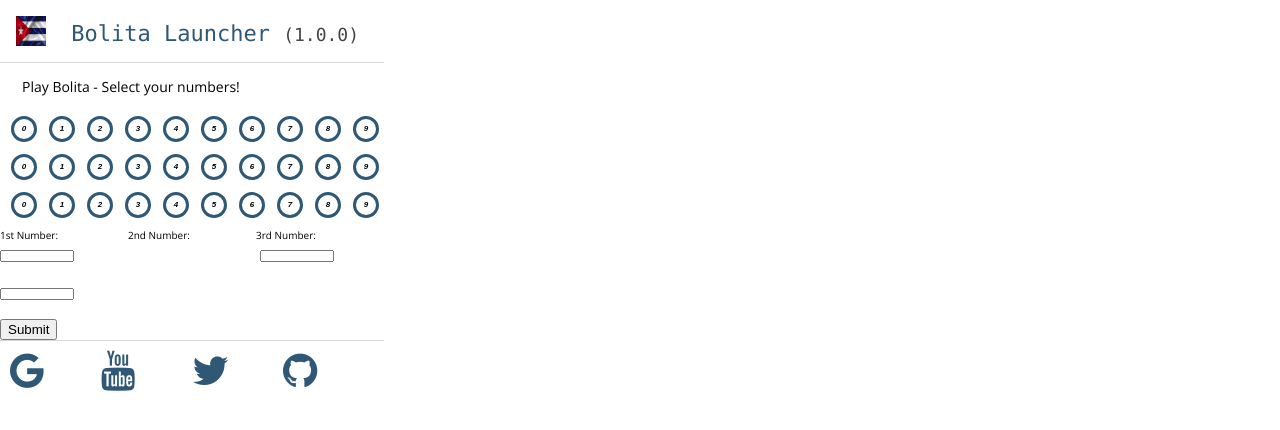
Repository: markymark617/BolitaChromeExtension
Page: popup.html
The author's editor kept a copy of each file at every save. The page is drawn from the files as they stood at one save, then again after the next save.
The browser window is 1280 px wide. The pictures show the whole page.

Above is the page before, as saved 2020-09-06 14:34:36.

### popup.html
<!DOCTYPE html>
<html lang="en">
<head>
    <meta charset="UTF-8">
    <meta name="viewport" content="width=device-width, initial-scale=1.0">
    <meta http-equiv="X-UA-Compatible" content="ie=chrome">
    <title>Bolita Launcher</title>
    <link rel="stylesheet" href="https://fonts.googleapis.com/css?family=Open+Sans" type="text/css">
    <link rel="stylesheet" href="popup.css">
    <link href="https://maxcdn.bootstrapcdn.com/font-awesome/4.7.0/css/font-awesome.min.css" rel="stylesheet" integrity="sha384-wvfXpqpZZVQGK6TAh5PVlGOfQNHSoD2xbE+QkPxCAFlNEevoEH3Sl0sibVcOQVnN" crossorigin="anonymous"/>

</head>

<body>
    <div class="modal-header">
        <h1 class="logo">
            <img src="images/bolita_logo.png" alt="Bolita_Launcher_logo" class="logo-icon"> Bolita Launcher <span class="version">(1.0.0)</span>
        </h1>
    </div>
    <div class="modal-content">
        <p>Play Bolita - Select your numbers!</p>
    </div>


    <div class="ball-icons">

        <div class="flex-container paddedDiv firstBet" id="firstRow">

            <button id="first-zero" value='0' class="btnFirstBet">
                <div class="flex circle">
                    <div class="fa-stack fa-2x">
                        <i class="fa fa-stack-2x fa-inverse"></i>
                        <i class="fa-stack-1x fa-stack-text">0</i>
                    </div>
                </div>
            </button>

            <button id="first-one" value='1' class="btnFirstBet">
                <div class="flex circle">
                    <div class="fa-stack fa-2x">
                        <i class="fa fa-stack-2x fa-inverse"></i>
                        <i class="fa-stack-1x fa-stack-text">1</i>
                    </div>
                </div>
            </button>


            <button id="first-two" value='2' class="btnFirstBet">
                <div class="flex circle">
                    <div class="fa-stack fa-2x">
                        <i class="fa fa-stack-2x fa-inverse"></i>
                        <i class="fa-stack-1x fa-stack-text">2</i>
                    </div>
                </div>
            </button>


            <button id="first-three" value='3' class="btnFirstBet">
                <div class="flex circle">
                    <div class="fa-stack fa-2x">
                        <i class="fa fa-stack-2x fa-inverse"></i>
                        <i class="fa-stack-1x fa-stack-text">3</i>
                    </div>
                </div>
            </button>


            <button id="first-four" value='4' class="btnFirstBet">
                <div class="flex circle">
                    <div class="fa-stack fa-2x">
                        <i class="fa fa-stack-2x fa-inverse"></i>
                        <i class="fa-stack-1x fa-stack-text">4</i>
                    </div>
                </div>
            </button>


            <button id="first-five" value='5' class="btnFirstBet">
                <div class="flex circle">
                    <div class="fa-stack fa-2x">
                        <i class="fa fa-stack-2x fa-inverse"></i>
                        <i class="fa-stack-1x fa-stack-text">5</i>
                    </div>
                </div>
            </button>


            <button id="first-six" value='6' class="btnFirstBet">
                <div class="flex circle">
                    <div class="fa-stack fa-2x">
                        <i class="fa fa-stack-2x fa-inverse"></i>
                        <i class="fa-stack-1x fa-stack-text">6</i>
                    </div>
                </div>
            </button>


            <button id="first-seven" value='7' class="btnFirstBet">
                <div class="flex circle">
                    <div class="fa-stack fa-2x">
                        <i class="fa fa-stack-2x fa-inverse"></i>
                        <i class="fa-stack-1x fa-stack-text">7</i>
                    </div>
                </div>
            </button>


            <button id="first-eight" value='8' class="btnFirstBet">
                <div class="flex circle">
                    <div class="fa-stack fa-2x">
                        <i class="fa fa-stack-2x fa-inverse"></i>
                        <i class="fa-stack-1x fa-stack-text">8</i>
                    </div>
                </div>
            </button>


            <button id="first-nine" value='9' class="btnFirstBet">
                    <div class="flex circle">
                        <div class="fa-stack fa-2x">
                                <i class="fa fa-stack-2x fa-inverse"></i>
                                <i class="fa-stack-1x fa-stack-text">9</i>
                        </div>
                    </div>
            </button>

        </div>

<!-- second row-->

        <div class="flex-container paddedDiv secondBet" id="secondRow">

            <button id="second-zero" value='0' class="btnSecondBet">
                <div class="flex circle">
                    <div class="fa-stack fa-2x">
                        <i class="fa fa-stack-2x fa-inverse"></i>
                        <i class="fa-stack-1x fa-stack-text">0</i>
                    </div>
                </div>
            </button>

            <button id="second-one" value='1' class="btnSecondBet">
                <div class="flex circle">
                    <div class="fa-stack fa-2x">
                        <i class="fa fa-stack-2x fa-inverse"></i>
                        <i class="fa-stack-1x fa-stack-text">1</i>
                    </div>
                </div>
            </button>


            <button id="second-two" value='2' class="btnSecondBet">
                <div class="flex circle">
                    <div class="fa-stack fa-2x">
                        <i class="fa fa-stack-2x fa-inverse"></i>
                        <i class="fa-stack-1x fa-stack-text">2</i>
                    </div>
                </div>
            </button>


            <button id="second-three" value='3' class="btnSecondBet">
                <div class="flex circle">
                    <div class="fa-stack fa-2x">
                        <i class="fa fa-stack-2x fa-inverse"></i>
                        <i class="fa-stack-1x fa-stack-text">3</i>
                    </div>
                </div>
            </button>


            <button id="second-four" value='4' class="btnSecondBet">
                <div class="flex circle">
                    <div class="fa-stack fa-2x">
                        <i class="fa fa-stack-2x fa-inverse"></i>
                        <i class="fa-stack-1x fa-stack-text">4</i>
                    </div>
                </div>
            </button>


            <button id="second-five" value='5' class="btnSecondBet">
                <div class="flex circle">
                    <div class="fa-stack fa-2x">
                        <i class="fa fa-stack-2x fa-inverse"></i>
                        <i class="fa-stack-1x fa-stack-text">5</i>
                    </div>
                </div>
            </button>


            <button id="second-six" value='6' class="btnSecondBet">
                <div class="flex circle">
                    <div class="fa-stack fa-2x">
                        <i class="fa fa-stack-2x fa-inverse"></i>
                        <i class="fa-stack-1x fa-stack-text">6</i>
                    </div>
                </div>
            </button>


            <button id="second-seven" value='7' class="btnSecondBet">
                <div class="flex circle">
                    <div class="fa-stack fa-2x">
                        <i class="fa fa-stack-2x fa-inverse"></i>
                        <i class="fa-stack-1x fa-stack-text">7</i>
                    </div>
                </div>
            </button>



            <button id="second-eight" value='8' class="btnSecondBet">
                <div class="flex circle">
                    <div class="fa-stack fa-2x">
                        <i class="fa fa-stack-2x fa-inverse"></i>
                        <i class="fa-stack-1x fa-stack-text">8</i>
                    </div>
                </div>
            </button>


            <button id="second-nine" value='9' class="btnSecondBet">
                    <div class="flex circle">
                        <div class="fa-stack fa-2x">
                                <i class="fa fa-stack-2x fa-inverse"></i>
                                <i class="fa-stack-1x fa-stack-text">9</i>
                        </div>
                    </div>
            </button>

        </div>

<!--Third Row-->

        <div class="flex-container paddedDiv thirdBet" id="thirdRow">

                <button id="third-zero" value='0' class="btnThirdBet">
                    <div class="flex circle">
                        <div class="fa-stack fa-2x">
                            <i class="fa fa-stack-2x fa-inverse"></i>
                            <i class="fa-stack-1x fa-stack-text">0</i>
                        </div>
                    </div>
                </button>

                <button id="third-one" value='1' class="btnThirdBet">
                    <div class="flex circle">
                        <div class="fa-stack fa-2x">
                            <i class="fa fa-stack-2x fa-inverse"></i>
                            <i class="fa-stack-1x fa-stack-text">1</i>
                        </div>
                    </div>
                </button>


                <button id="third-two" value='2' class="btnThirdBet">
                    <div class="flex circle">
                        <div class="fa-stack fa-2x">
                            <i class="fa fa-stack-2x fa-inverse"></i>
                            <i class="fa-stack-1x fa-stack-text">2</i>
                        </div>
                    </div>
                </button>


                <button id="third-three" value='3' class="btnThirdBet">
                    <div class="flex circle">
                        <div class="fa-stack fa-2x">
                            <i class="fa fa-stack-2x fa-inverse"></i>
                            <i class="fa-stack-1x fa-stack-text">3</i>
                        </div>
                    </div>
                </button>


                <button id="third-four" value='4' class="btnThirdBet">
                    <div class="flex circle">
                        <div class="fa-stack fa-2x">
                            <i class="fa fa-stack-2x fa-inverse"></i>
                            <i class="fa-stack-1x fa-stack-text">4</i>
                        </div>
                    </div>
                </button>


                <button id="third-five" value='5' class="btnThirdBet">
                    <div class="flex circle">
                        <div class="fa-stack fa-2x">
                            <i class="fa fa-stack-2x fa-inverse"></i>
                            <i class="fa-stack-1x fa-stack-text">5</i>
                        </div>
                    </div>
                </button>


                <button id="third-six" value='6' class="btnThirdBet">
                    <div class="flex circle">
                        <div class="fa-stack fa-2x">
                            <i class="fa fa-stack-2x fa-inverse"></i>
                            <i class="fa-stack-1x fa-stack-text">6</i>
                        </div>
                    </div>
                </button>


                <button id="third-seven" value='7' class="btnThirdBet">
                    <div class="flex circle">
                        <div class="fa-stack fa-2x">
                            <i class="fa fa-stack-2x fa-inverse"></i>
                            <i class="fa-stack-1x fa-stack-text">7</i>
                        </div>
                    </div>
                </button>



                <button id="third-eight" value='8' class="btnThirdBet">
                    <div class="flex circle">
                        <div class="fa-stack fa-2x">
                            <i class="fa fa-stack-2x fa-inverse"></i>
                            <i class="fa-stack-1x fa-stack-text">8</i>
                        </div>
                    </div>
                </button>


                <button id="third-nine" value='9' class="btnThirdBet">
                        <div class="flex circle">
                            <div class="fa-stack fa-2x">
                                    <i class="fa fa-stack-2x fa-inverse"></i>
                                    <i class="fa-stack-1x fa-stack-text">9</i>
                            </div>
                        </div>
                </button>

            </div>








    </div>




    <div class="modal-output">

            <form action="results.html" method="GET">
                <div class="row">
                    <div class="column-left">
                        <label for="firstBetInput">1st Number:</label><br>
                    </div>
                    <div class="column-center">
                        <label for="secondBetInput">2nd Number:</label>
                    </div>
                    <div class="column-right">
                        <label for="thirdBetInput">3rd Number:</label>
                    </div>

                </div>




                <div class="row">
                    <div class="column-left">
                        <input type="text" id="firstBetInput" name="firstBetInput"><br><br>
                    </div>
                    <div class="column-center"></div>
                        <input type="text" id="secondBetInput" name="secondBetInput"><br><br>
                    </div>
                    <div class="column-right"></div>
                        <input type="text" id="thirdBetInput" name="thirdBetInput"><br><br>
                    </div>
                </div>

                    <input type="submit" value="Submit">
            </form>
        </div>

    <div class="modal-icons">
        <div class="flex-container">
            <div class="flex">
                <a href="https://www.google.com" target="_blank">
                    <i class="fa fa-google"></i>
                </a>
            </div>

            <div class="flex">
                <a href="https://www.youtube.com" target="_blank">
                    <i class="fa fa-youtube"></i>
                </a>
            </div>

            <div class="flex">
                <a href="https://www.twitter.com" target="_blank">
                    <i class="fa fa-twitter"></i>
                </a>
            </div>

            <div class="flex">
                <a href="https://www.github.com" target="_blank">
                    <i class="fa fa-github"></i>
                </a>
            </div>
        </div>
    </div>








    <script src="popup.js"></script>
</body>
</html>

### popup.css

    html,
    body {
        font-family : 'Open Sans', sans-serif;
        font-size: 14px;
        margin: 0;
        min-height: 180px;
        padding: 0;
        width: 384px;
    }

    h1 {
        font-family: 'Menlo', monospace;
        font-size: 22px;
        font-weight: 400;
        margin: 0;
        color: #2f5876;
    }

    a:link, a:visited {
        color: #000;
        outline: 0;
        text-decoration: none;
    }

    img {
        width: 30px;

    }

    .modal-header {
        align-items: center;
        border-bottom: 0.5px solid #dadada;
    }

    .modal-content {
        padding: 0 22px;
        align-items: center;
    }

    .modal-icons {
        border-top: 0.5px solid #dadada;
        height: 50px;
        width: 100%;
    }

    .logo {
        padding: 16px;
    }

    .logo-icon {
        vertical-align: text-bottom;
        margin-right: 12px;
    }

    .version {
        color: #444;
        font-size: 18px;
    }

    .flex-container {
        display: flex;
        justify-content: space-between;
        padding: 10px 10px;
    }

    .flex {
        opacity: 1;
        transition: opacity 0.2s ease-in-out;
        width: 120px
    }

    .flex:hover {
        opacity: 0.4;
    }

    .flex .fa {
        font-size: 40px;
        color: #2f5876;
    }

    .fa-stack-text {
        font-size: 8px;
        border:none;
        align-items: center;
        font-weight:bold;
    }

    .circle {
        display: flex;
        border: 3px solid #2f5876;
        border-radius: 100%;
        width: 20px;
        height: 20px;
        justify-content: center;
        align-items: center;

    }

    button {
        background: transparent;
        border:0;
        outline:none;

    }

    .paddedDiv {
        padding: 5px;
    }

    .column {
        float: left;
        width: 33.33%;
        padding: 2px;
      }

      /* Clear floats after the columns */
      .row:after {
        content: "";
        display: table;
        clear: both;
      }

      input[type="text"] {
        font-size:5px;
    }

    label {
        font-size:10px;
    }

    .column-left{ float: left; width: 33.333%; }
.column-right{ float: right; width: 33.333%; }
.column-center{ display: inline-block; width: 33.333%; }

### popup.js

document.querySelectorAll(".btnFirstBet").forEach(item => {
    item.addEventListener('click', event => {
        //handle click


        document.querySelectorAll(".btnFirstBet").forEach(item => {

                item.classList.remove("active");
                item.style.opacity=1;

        })

        item.style.opacity= 0.4;
        item.classList.add("active");

        //only 1 can be active at any given time

    })
});


document.querySelectorAll(".btnSecondBet").forEach(item => {
    item.addEventListener('click', event => {
        //handle click


        document.querySelectorAll(".btnSecondBet").forEach(item => {

                item.classList.remove("active");
                item.style.opacity=1;

        })

        item.style.opacity= 0.4;
        item.classList.add("active");

        //only 1 can be active at any given time

    })
});


document.querySelectorAll(".btnThirdBet").forEach(item => {
    item.addEventListener('click', event => {
        //handle click


        document.querySelectorAll(".btnThirdBet").forEach(item => {

                item.classList.remove("active");
                item.style.opacity=1;

        })

        item.style.opacity= 0.4;
        item.classList.add("active");

        //only 1 can be active at any given time

    })
});



/*


[document.querySelectorAll(".firstBet"), document.querySelector('.btnFirstBet')].forEach(item => {
    item.addEventListener('click', event => {
        //handle click
        item.style.opacity= 0.4;
        item.addClass("active");
    })
});


var elements = document.getElementsByClassName(".btnFirstBet");

[].forEach.call(elements, function(currElement) {
    currElemen
    currElement.style.opacity= 0.4;
    currElement.classList.add("active");
    console.log(currElement.tagName);
});


document.getElementsByClassName(".btnFirstBet").forEach(item => {
    item.addEventListener('click', event => {
        //handle click
        item.style.opacity= 0.4;
       // element.classList.add("active");
    })
})










var elements = document.querySelectorAll('.btnFirstBet');
for (var i = 0; i < elements.length; i++) {
    elements[i].classList.remove("active");
    elements[i].onclick = function (event) {
        console.log("ONCLICK");
        //remove all active class
        removeClass();
        if (event.elements[i].innerHTML === this.innerHTML) {
            console.log("IN IF");
            this.classList.add("active");
        }
    }
}

function removeClass(){
  for (var i = 0; i < elements.length; i++) {
    elements[i].classList.remove("active");
  }
}








*/

After the next save:
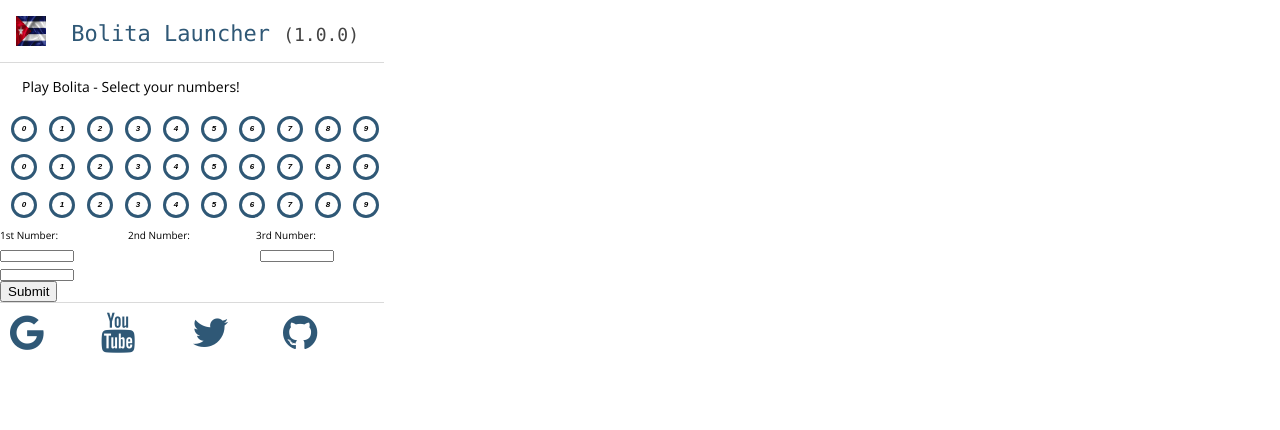
Saved 67 s later.
--- a/popup.html
+++ b/popup.html
@@ -369,13 +369,13 @@
 
                 <div class="row">
                     <div class="column-left">
-                        <input type="text" id="firstBetInput" name="firstBetInput"><br><br>
+                        <input type="text" id="firstBetInput" name="firstBetInput">
                     </div>
                     <div class="column-center"></div>
-                        <input type="text" id="secondBetInput" name="secondBetInput"><br><br>
+                        <input type="text" id="secondBetInput" name="secondBetInput">
                     </div>
                     <div class="column-right"></div>
-                        <input type="text" id="thirdBetInput" name="thirdBetInput"><br><br>
+                        <input type="text" id="thirdBetInput" name="thirdBetInput">
                     </div>
                 </div>
 
